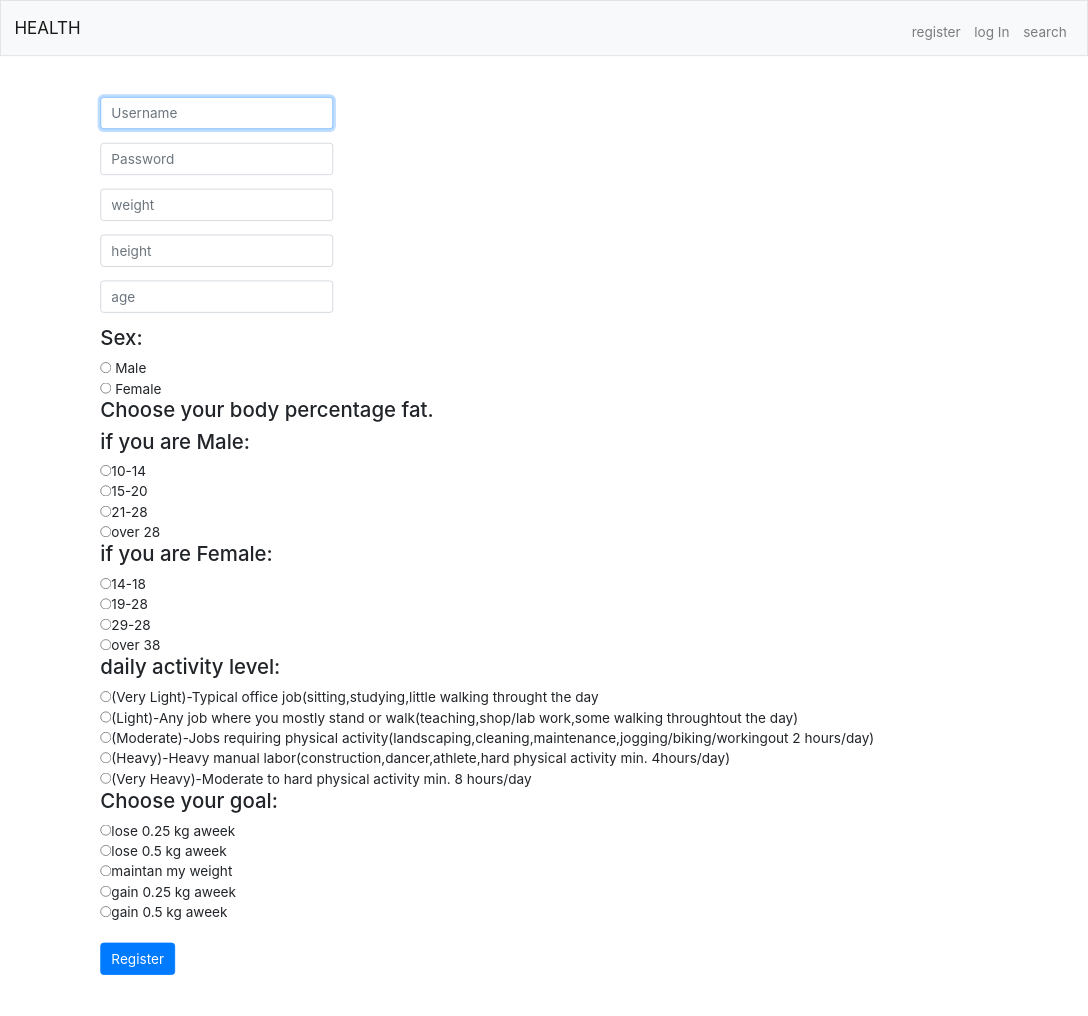
Repository: bahgaat/cs50
Page: http://localhost/register
The author's editor kept a record of every edit. The page is drawn from the files as they stood at one moment, then again after the next edit.
The browser window is 1280 px wide. The pictures show the whole page, at 85% of full size.
The page is served by the project's application, run on Flask 3 (applications.py). Other server files are loaded and not shown.

Above is the page before.

### templates/register.html
{% extends "layout.html" %}

{% block title %}
     Register
{% endblock %}

{% block main %}


     <form id="register" action = "/register"  method="POST">
         <div class="form-group">
             <input id="username" autocomplete="off" autofocus class="form-control" name="username"  placeholder="Username" type="text">
         </div>
         <div class="form-group">
             <input class="form-control" name="password" placeholder="Password" type="password">
         </div>
         <div class="form-group">
             <input class="form-control" name="weight" placeholder="weight" type="text">
         </div>
         <div class="form-group">
             <input class="form-control" name="height" placeholder="height" type="text"><br>
         </div>
         <div class="form-group">
              <input class="form-control" name="age" placeholder="age" type="text">
          </div>
          <div>
              <h4>Sex:</h4>
              <input id="male" type="radio" name="gender" value="male" > Male<br>
              <input id="female" type="radio" name="gender" value="female"> Female<br>
          </div>
          <div>
              <h4>Choose your body percentage fat.</h4>
              <h4>if you are Male:</h4>
              <input id="10-14" type="radio" name="bodyfat" value="10-14">10-14<br>
              <input id="15-20" type="radio" name="bodyfat" value="15-20">15-20<br>
              <input id="21-28" type="radio" name="bodyfat" value="21-28">21-28<br>
              <input id="over28" type="radio" name="bodyfat" value="over28">over 28<br>
              <h4>if you are Female:</h4>
              <input id="14-18" type="radio" name="bodyfat" value="14-18">14-18<br>
              <input id="19-28" type="radio" name="bodyfat" value="19-28">19-28<br>
              <input id="29-38" type="radio" name="bodyfat" value="29-38">29-28<br>
              <input id="over38" type="radio" name="bodyfat" value="over38">over 38<br>
          </div>

          <div>
              <h4>daily activity level:</h4>
              <input id="verylight" type="radio" name="activity" value="verylight" >(Very Light)-Typical office job(sitting,studying,little walking throught the day<br>
              <input id="light" type="radio" name="activity" value="light">(Light)-Any job where you mostly stand or walk(teaching,shop/lab work,some walking throughtout the day) <br>
              <input id="moderate" type="radio" name="activity" value="moderate" >(Moderate)-Jobs requiring physical activity(landscaping,cleaning,maintenance,jogging/biking/workingout 2 hours/day)<br>
              <input id="heavy" type="radio" name="activity" value="heavy">(Heavy)-Heavy manual labor(construction,dancer,athlete,hard physical activity min. 4hours/day)<br>
              <input id="veryheavy" type="radio" name="activity" value="veryheavy">(Very Heavy)-Moderate to hard physical activity min. 8 hours/day<br>
          </div>
          <div>
              <h4>Choose your goal:</h4>
              <input id="losekg" type="radio" name="goal" value="lose">lose 0.25 kg aweek<br>
              <input id="losekgs"  type="radio" name="goal" value="lose0.5kg">lose 0.5 kg aweek<br>
              <input id="maintainmyweight" type="radio" name="goal" value="maintainmyweight">maintan my weight<br>
              <input id="gainkg" type="radio" name="goal" value="gain0.25kg">gain 0.25 kg aweek<br>
              <input id="gainkgs" type="radio" name="goal" value="gain0.5kg">gain 0.5 kg aweek<br>
          </div>
          <br>

         <button  id="register" class="btn btn-primary" type="submit">Register</button></a>
     </form>

{% endblock %}

### templates/layout.html
<!DOCTYPE html>

<html lang="en">

    <head>

        <!-- Required meta tags -->
        <meta charset="utf-8">
        <meta name="viewport" content="width=device-width, initial-scale=1, shrink-to-fit=no">

        <!-- documentation at http://getbootstrap.com/docs/4.1/, alternative themes at https://bootswatch.com/ -->
        <link href="https://maxcdn.bootstrapcdn.com/bootstrap/4.1.3/css/bootstrap.min.css" rel="stylesheet">

        <!-- https://favicon.io/emoji-favicons/money-mouth-face/ -->
        <link href="/static/favicon.ico" rel="icon">

        <link href="/static/styles.css" rel="stylesheet">

        <script src="https://code.jquery.com/jquery-3.3.1.min.js"></script>
        <script src="https://cdnjs.cloudflare.com/ajax/libs/popper.js/1.14.3/umd/popper.min.js"></script>
        <script src="https://maxcdn.bootstrapcdn.com/bootstrap/4.1.3/js/bootstrap.min.js"></script>

        <title>Health: {% block title %}{% endblock %}</title>

    </head>

    <body>

        <nav class="navbar navbar-expand-md navbar-light bg-light border">
            <a class="navbar-brand" href="/"><span class="blue" >HEALTH</span></a>
            <button aria-controls="navbar" aria-expanded="false" aria-label="Toggle navigation" class="navbar-toggler" data-target="#navbar" data-toggle="collapse" type="button">
                <span class="navbar-toggler-icon"></span>
            </button>
            <div class="collapse navbar-collapse" id="navbar">
                {% if session.user_id %}
                    <ul class="navbar-nav mr-auto mt-2">
                        <li class="nav-item"><a class="nav-link" href="/history">history</a></li>
                        <li class="nav-item"><a class="nav-link" href="/diet">diet</a></li>

                    </ul>
                    <ul class="navbar-nav ml-auto mt-2">
                        <li class="nav-item"><a class="nav-link" href="/logout">Log Out</a></li>
                    </ul>
                {% else %}
                    <ul class="navbar-nav ml-auto mt-2">
                        <li class="nav-item"><a class="nav-link" href="/register">register</a></li>
                        <li class="nav-item"><a class="nav-link" href="/login">log In</a></li>
                        <li class="nav-item"><a class="nav-link" href="/search">search</a></li>
                    </ul>
                {% endif %}
            </div>
        </nav>

        {% if get_flashed_messages() %}
            <header>
                <div class="alert alert-primary border text-center" role="alert">
                    {{ get_flashed_messages() | join(" ") }}
                </div>
            </header>
        {% endif %}

        <main class="container p-5">
            {% block main %}{% endblock %}
        </main>


    </body>

</html>

### static/styles.css
nav .nav-brand
{
    font-size: xx-large;
}

nav .nav-brand .blue
{
    color: #537fbe;
}

main .form-control
{
    display: inline-block;
    width: auto;
}

main
{
    overflow-x: auto;
    text-align:left;
}

main img
{
    max-width:100%;
}

.food
{
    text-align:left;
}

#quantity
{
    text-align:left;
}

.Meal
{
    text-align:left;
}

.mb-3
{
    text-align: center;
}

Loaded but not shown: applications.py (1381 lines, source omitted)

After the next edit:
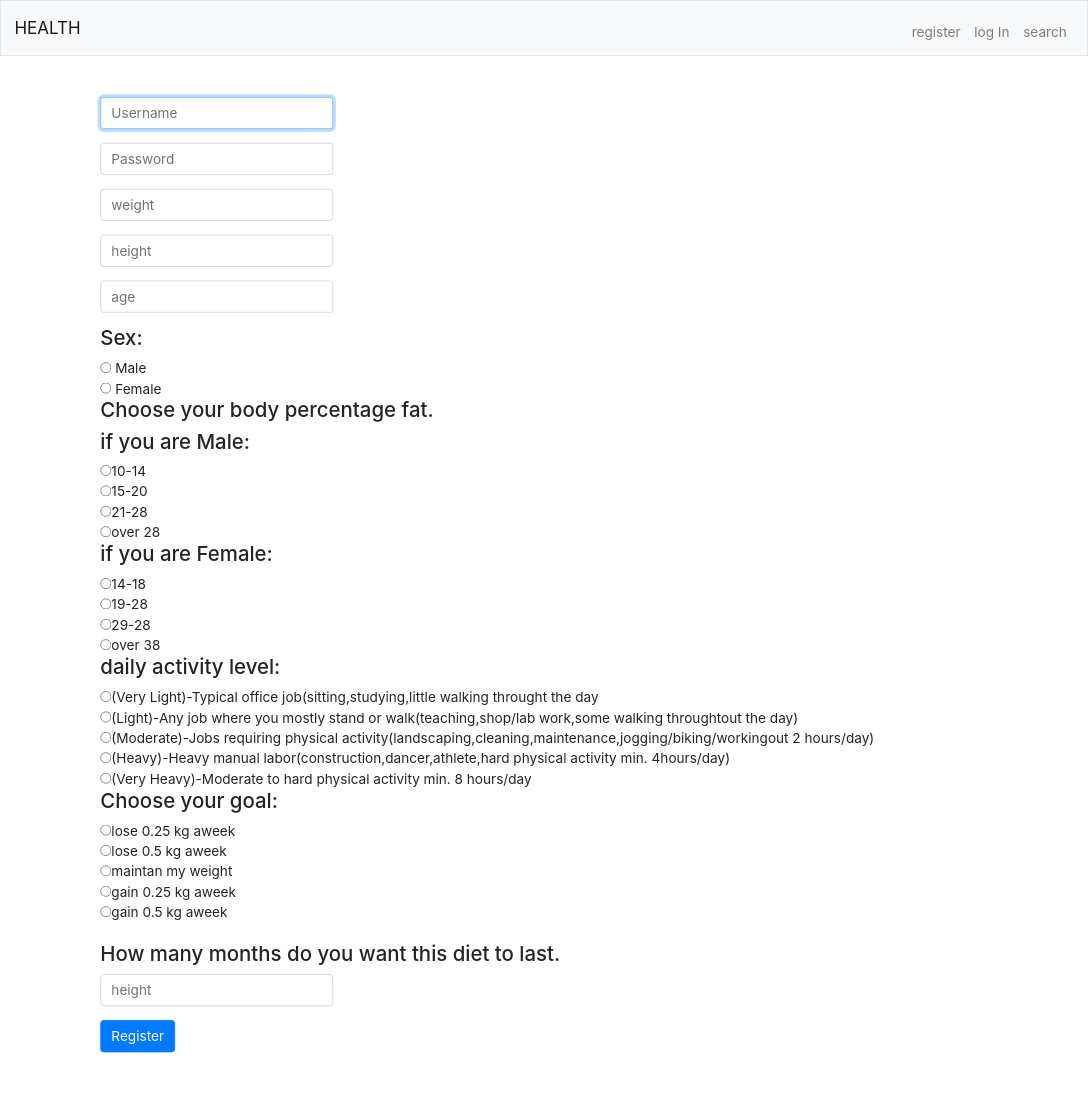
The edit:
--- a/templates/register.html
+++ b/templates/register.html
@@ -59,6 +59,12 @@
               <input id="gainkgs" type="radio" name="goal" value="gain0.5kg">gain 0.5 kg aweek<br>
           </div>
           <br>
+          <div>
+              <h4>How many months do you want this diet to last.</h4>
+          <div class="form-group">
+             <input class="form-control" name="height" placeholder="height" type="text"><br>
+         </div>
+          </div>
 
          <button  id="register" class="btn btn-primary" type="submit">Register</button></a>
      </form>
